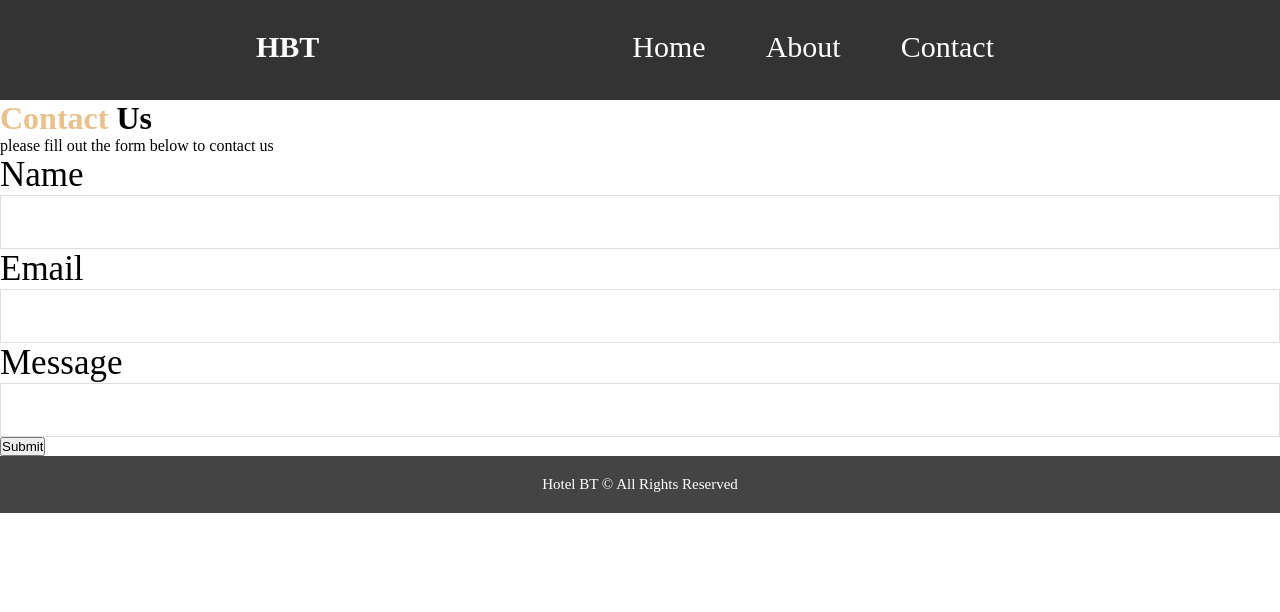
Repository: reemoon-ctrl/hotel-website
Page: 35 - hotel-website/contact.html
These files come from the project's save history. The page is drawn as it stood at one moment and after the next save; the edit follows.
The browser window is 1280 px wide. The pictures show the whole page.

Above is the page before, as saved 2024-07-22 09:37:49.

After the next save:
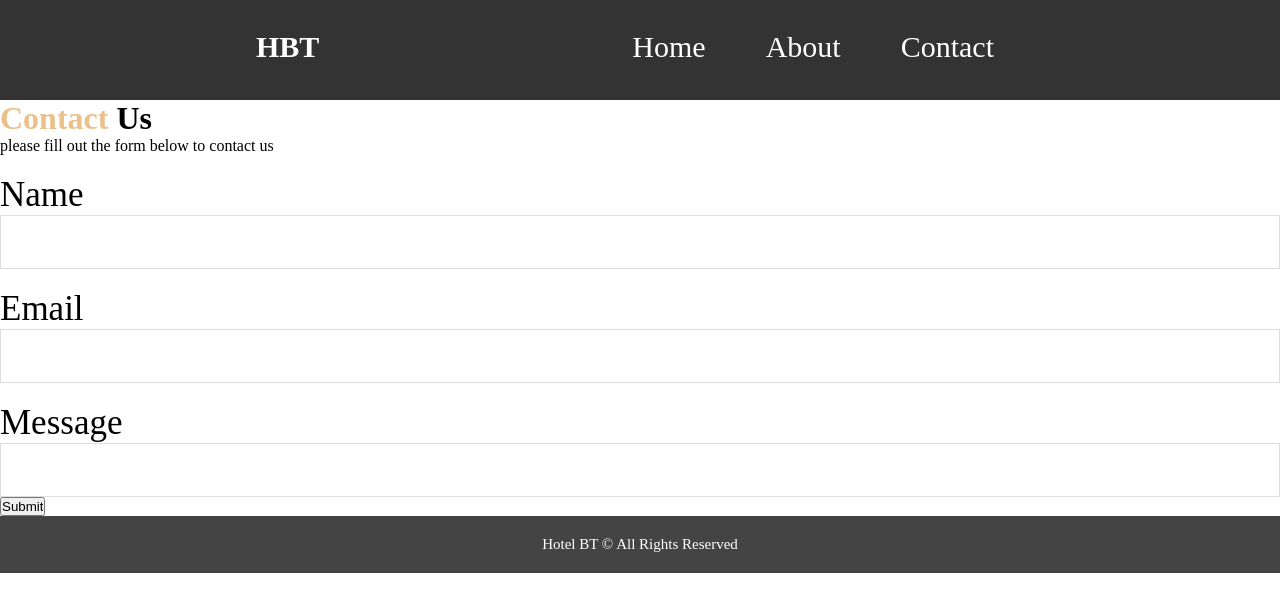
Saved 4 s later.
--- a/35 - hotel-website/index.css
+++ b/35 - hotel-website/index.css
@@ -286,5 +286,5 @@ color: #333333;
 }
 .form-label{
     font-size: 35px;
-    margin-top: 1 ;
-}
+    margin-top: 20px ;
+}
